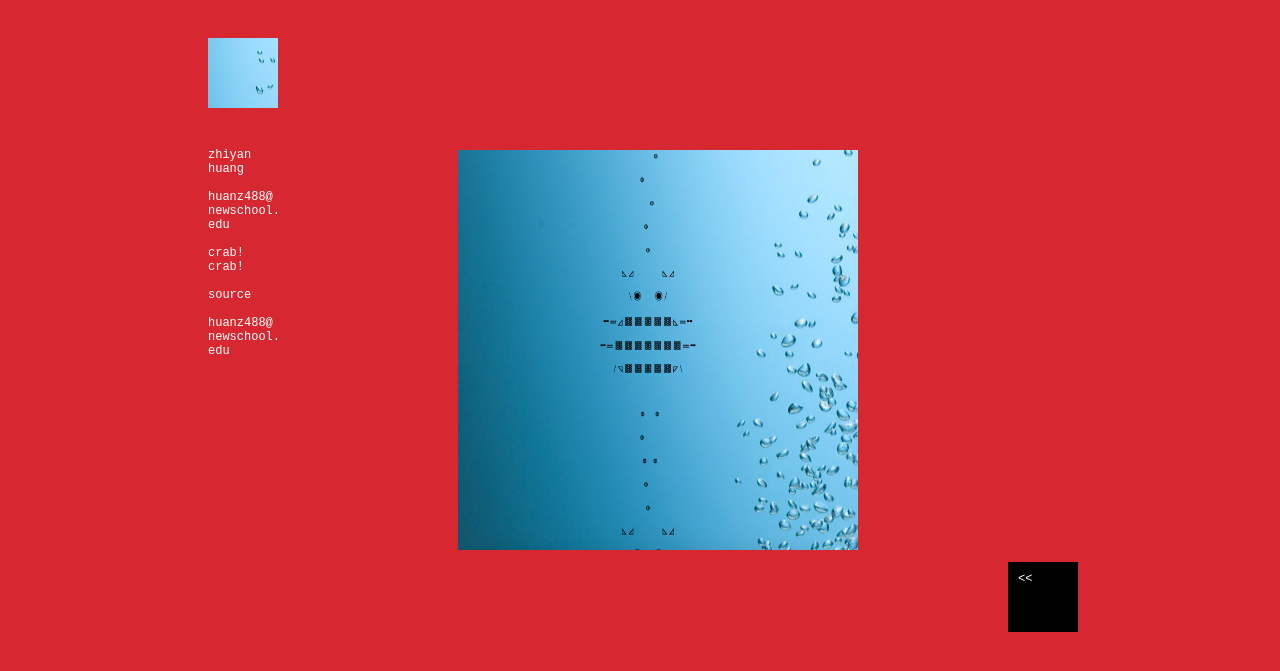
Repository: raghu225/raghu225.github.io
Page: archive/n_zhiyan.html
The author's editor kept a record of every edit. The page is drawn from the files as they stood at one moment, then again after the next edit.
The browser window is 1280 px wide. The pictures show the whole page.

Above is the page before.

### archive/n_zhiyan.html
<html>

    <head>
        <title>Zhiyan Huang</title>
        <link href="assets/css/style.css" rel="stylesheet" type="text/css" />
    </head>

    <body>

    <div class="wrapper">

        <img class="icon" src="assets/images/bluepic.png"/>
        <p class="text">
            zhiyan
            <br>
            huang
            <br>
            <br>
            huanz488@
            <br>
            newschool.
            <br>
            edu
            <br>
            <br>
            crab!
            <br>
            crab!
            <br>
            <br>
            <a href="http://huanz488.github.io/composition/compositionrevised.html">source</a>
            <br>
            <br>
            huanz488@
            <br>
            newschool.
            <br>
            edu
        </p>

        <!--<div class="static-wrapper">-->
            <img class="static" src="assets/images/zhiyan.png"/>
        <!--</div>-->
        <a href="index.html"><div class="prev"><p><<</p></div></a>
    </body>

</html>

### archive/assets/css/style.css
body {
    background-color: #d72831;
}

.wrapper {
    /*width: 1000px;*/
    /*margin-top: 20px;*/
    /*margin-left: 300px;*/
    /*position: absolute;*/
    display: inline-block;
    width: 100%
}

.background {
    margin-left: 60px;
    margin-top: 30px;
    width: 70px;
    height: 70px;
    /*border: solid white;*/
    /*display: inline block;*/
    box-shadow: 1px 1px 12px #000000;
    transition: all .6s ease-in-out;
}

.vertical1 {
  position: absolute;
  margin-left: -342px;
  margin-top: -170px;
}

.vertical2 {
    position: absolute;
    margin-left: -342px;
    margin-top: -70px;
}

.vertical3 {
    position: absolute;
    margin-left: -342px;
    margin-top: 130px;
}


.background:hover {
    transform: scale(1.1);
}

.black {
    background-color: #000;
    /*display: inline-block;*/
    /*float: left;*/
}

.white {
    background-color: #fff;
    /*width: 90px;*/
    /*height: 90px;*/
    /*float: right;*/
    display: inline-block;
}

.grey:hover {
    background-color: black;
}

.text {
    font-family: 'courier new', courier;
    color: white;
    font-size: 12px;
    font-weight: lighter;
    width: 70px;
    margin-left: 200px;
    margin-top: 30px;
}

.icon {
    margin-left: 200px;
    margin-top: 30px;
    width: 70px;
    height: 70px;
}

.prev {
    background-color: black;
    width: 70px;
    height: 70px;
    /*margin-right: 0px;*/
    margin-top: 10px;
    margin-left: 1000px;
    text-decoration: none;
    color: white;
}

.left {
    float: left;
}

.static {
    /*position: absolute;*/
    width: 400px;
    height: 400px;
    margin-top: -220px;
    margin-left: 450px;
}

.static-wrapper {
    width: 100%;
}

p {
    margin-left: 10px;
    padding-top: 10px;
    font-family: 'courier new', courier;
    color: white;
    font-size: 12px;
    font-weight: lighter;
    /*position: relative;*/
}

a {
    text-decoration: none;
    color: white;
}

After the next edit:
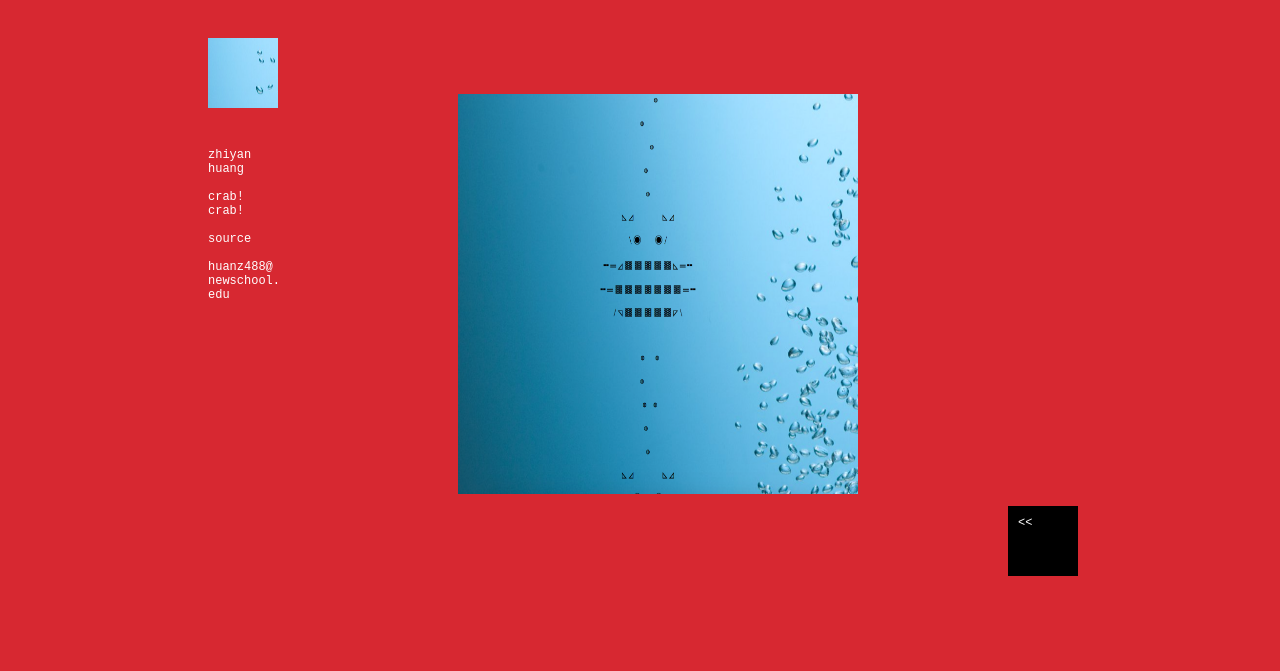
The edit:
--- a/archive/n_zhiyan.html
+++ b/archive/n_zhiyan.html
@@ -14,13 +14,6 @@
             zhiyan
             <br>
             huang
-            <br>
-            <br>
-            huanz488@
-            <br>
-            newschool.
-            <br>
-            edu
             <br>
             <br>
             crab!
